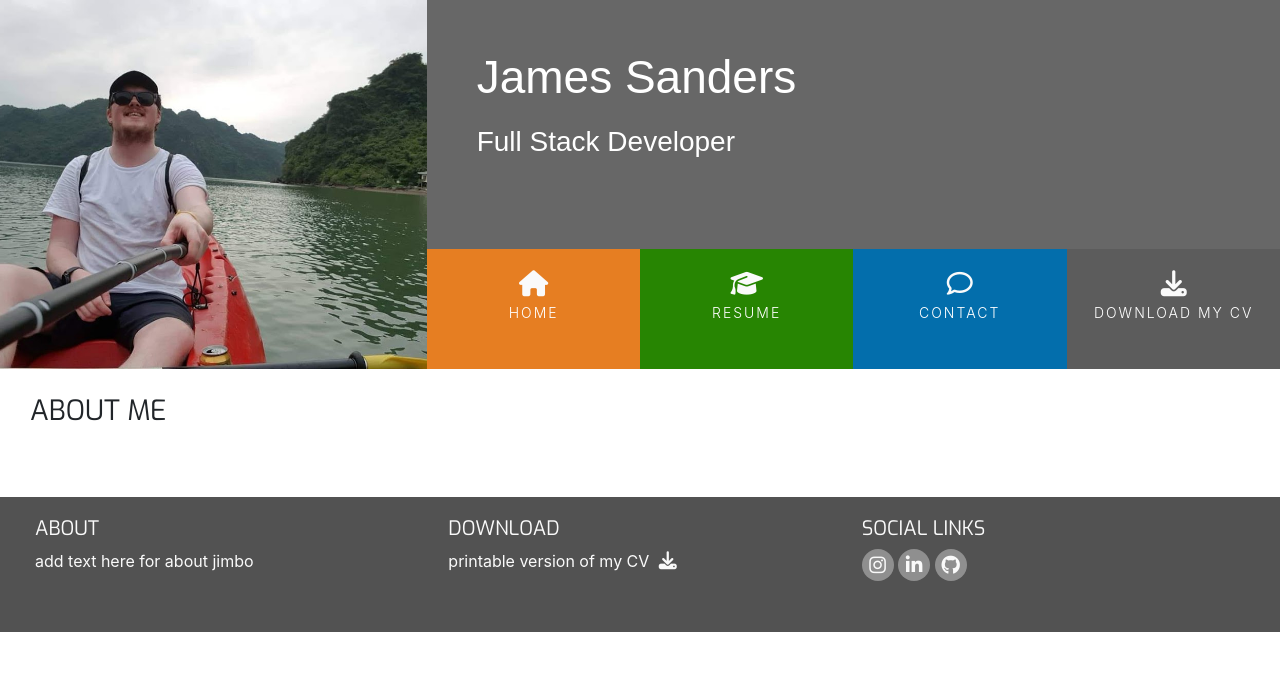
Repository: JaySanders95/my-online-resume
Page: index.html
An editor plug-in stored every save of this project. The page is shown before and after the next save, followed by the edit.
The browser window is 1280 px wide. The pictures show the whole page.
Some web fonts or font styles are not loaded; a fallback is used. Some web libraries are served in a nearby version.

Above is the page before, as saved 2023-04-19 18:44:14.

After the next save:
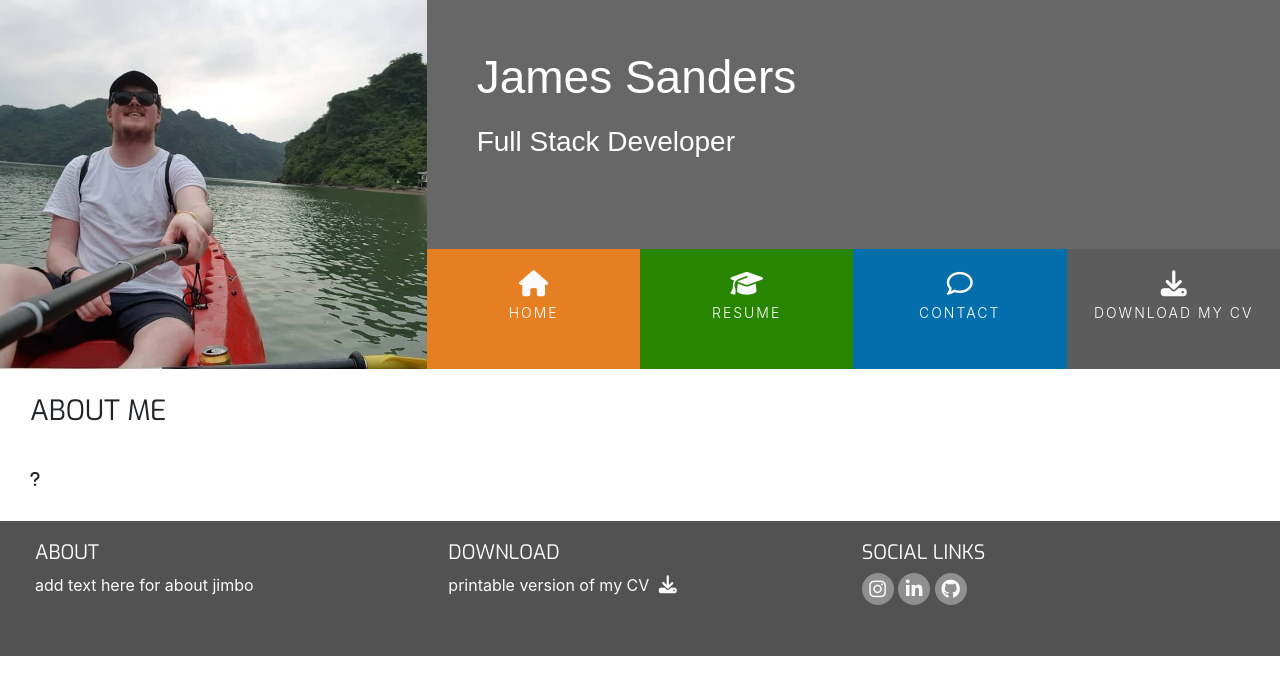
Saved 73 min 13 s later.
--- a/index.html
+++ b/index.html
@@ -53,7 +53,18 @@
                         <h3 class="section-heading uppercase">About Me</h3>
                     </div>
                 </div>
-
+                <div class="row">
+                    <div class="col-10 offset-1 offset-sm-0 col-sm-4 col-md-6">
+                        <div class="row">
+                            <div class="col-2">
+                                <i class="three-reasons-icon fa fa-question" aria-hidden="true"></i>
+                            </div>
+                            <div class="col-10">
+                                <h4 class="three-reasons-heading uppercase"></h4>
+                            </div>
+                        </div>
+                    </div>
+                </div>
             </div>
         </div>
 
